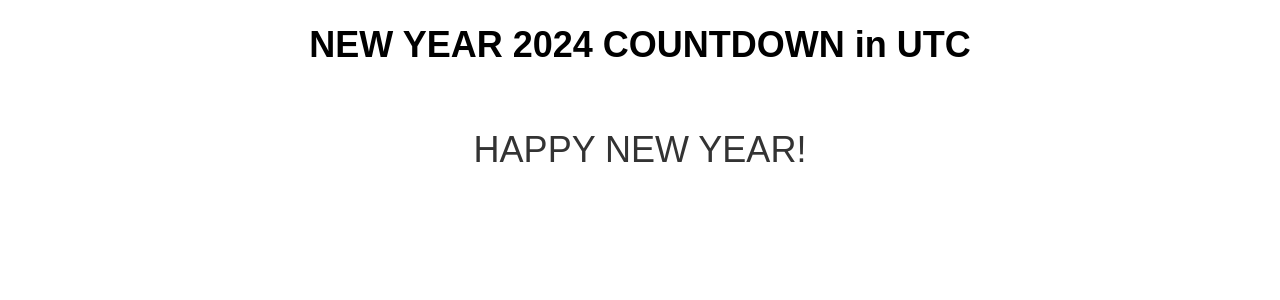
Repository: end888160/end888160.github.io
Page: countdown.html
The author's editor kept a copy of each file at every save. The page is drawn from the files as they stood at one save, then again after the next save.
The browser window is 1280 px wide. The pictures show the whole page.

Above is the page before, as saved 2024-10-10 16:47:10.
Console error: TypeError: Cannot set properties of null (setting 'innerHTML')

After the next save:
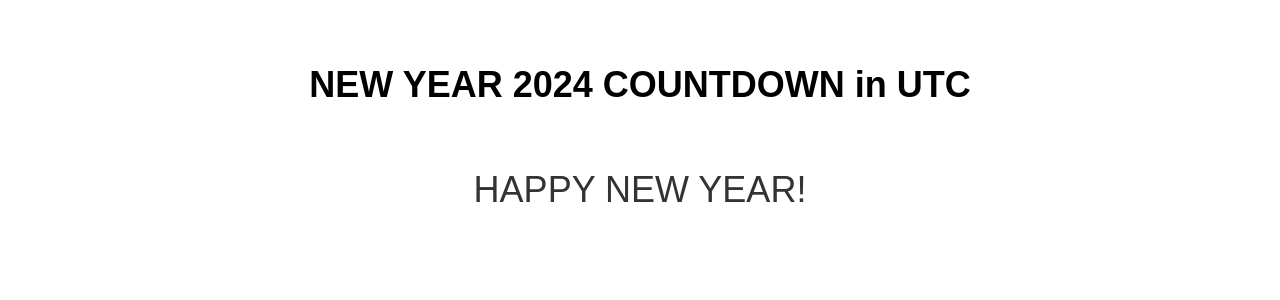
Saved 18 h 7 min later.
--- a/countdown.html
+++ b/countdown.html
@@ -10,6 +10,9 @@
 		font-family: Arial, Helvetica, 'Gill Sans', 'Gill Sans MT', Calibri, 'Trebuchet MS', sans-serif;
 		transition:ease 0.33s;
 	}
+	body {
+		margin-top:5%;
+	}
 	#countdown {
 		display: flex;
 		justify-content: center;
@@ -72,6 +75,9 @@
 		}
 	}
 	@media only screen and (orientation: portrait) {
+		body {
+			margin-top:2.5%;
+		}
 		.countdown {
 			display: table-row-group;
 		}
@@ -164,9 +170,9 @@ var x = setInterval(function countdown() {
 
     offsetTimeZone = (offsetTimeZone / 60) * (-1);
     if (offsetTimeZone > 0){
-       var offsetTimeZone = "+" + offsetTimeZone;
+		var offsetTimeZone = "+" + offsetTimeZone;
     } else if (offsetTimeZonem < 10){
-       var offsetTimeZonem = "0" + offsetTimeZonem;
+		var offsetTimeZonem = "0" + offsetTimeZonem;
 	}
 
 	// Get today's date and time
